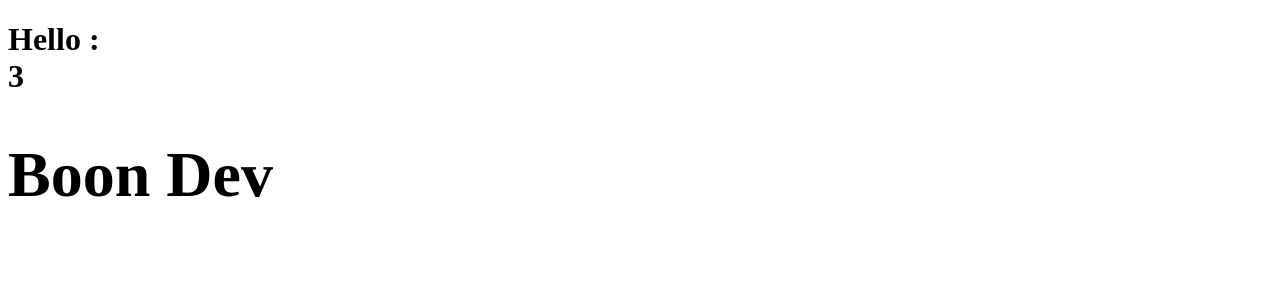
Repository: supakorn5039-boon/React-s
Page: /
An editor plug-in stored every save of this project. The page is shown before and after the next save, followed by the edit.
The browser window is 1280 px wide. The pictures show the whole page.
The project was rebuilt for these pictures with package versions that can differ from the ones it lists, and the page was loaded fresh each time. Also part of the build but not shown: vite.config.js.

Above is the page before, as saved 2024-01-08 23:24:03.

After the next save:
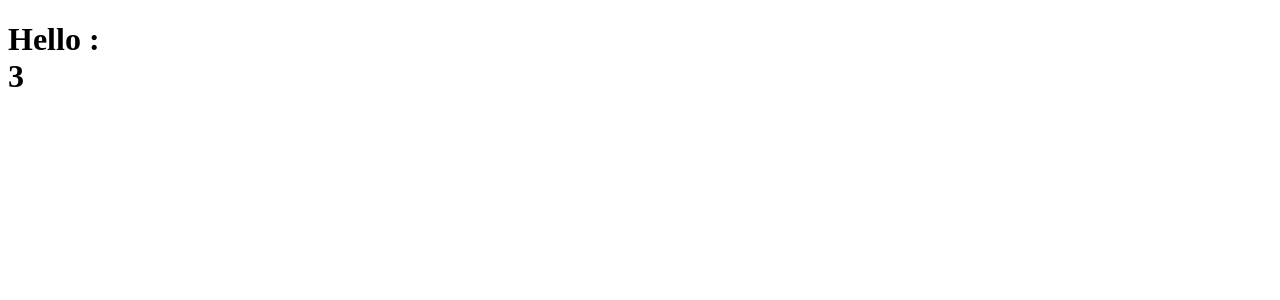
Saved 4 s later.
--- a/src/App.jsx
+++ b/src/App.jsx
@@ -4,7 +4,9 @@
     return c;
   }
 
-  const show = () => <h1>Boon Dev</h1>;
+  const show = () => {
+    <h1>Boon Dev</h1>;
+  };
 
   const name = "Boon";
   console.log(name);

After the 5 saves that followed:
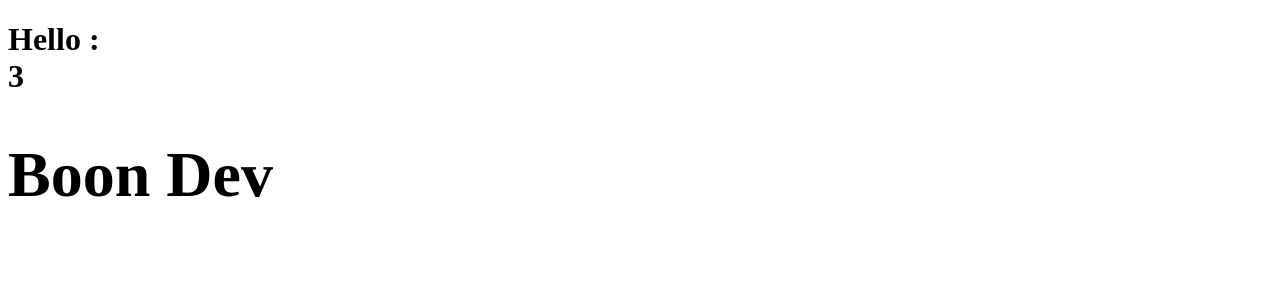
The 5 saves are shown as one change because 1 left the picture as it was and some came seconds apart.
The last was saved 15 s later.
--- a/src/App.jsx
+++ b/src/App.jsx
@@ -4,9 +4,7 @@
     return c;
   }
 
-  const show = () => {
-    <h1>Boon Dev</h1>;
-  };
+  const show = () => <h1>Boon Dev</h1>;
 
   const name = "Boon";
   console.log(name);
